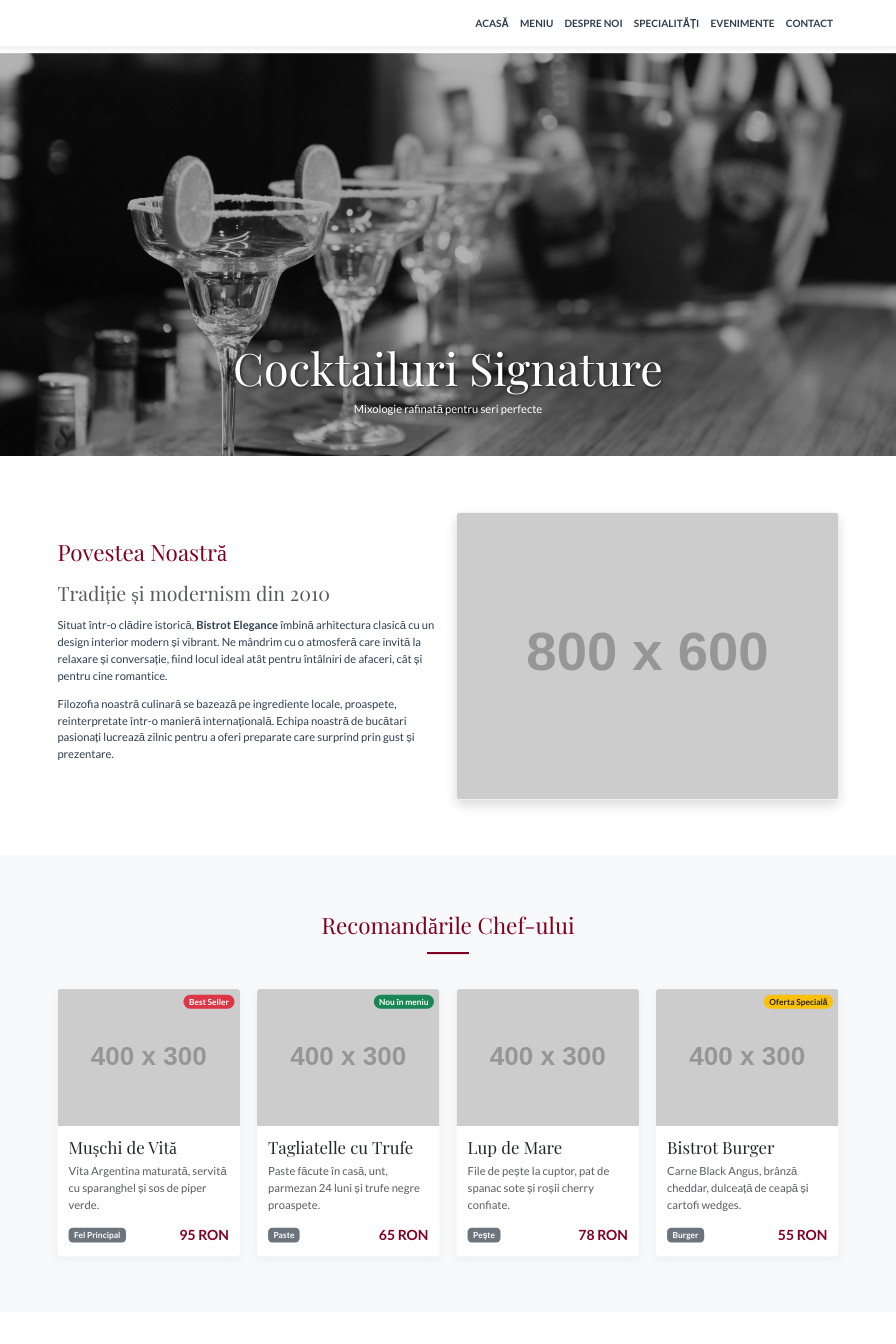
Repository: 912-Comsa-Teodora/bistrot-restaurant
Page: restaurant/index.html
The author's editor kept a copy of each file at every save. The page is drawn from the files as they stood at one save, then again after the next save.
The browser window is 1280 px wide. The pictures show the part of the page from y = 0 to 1920 px (the page is 3056 px tall), at 70% of full size.

Above is the page before, as saved 2026-01-04 21:29:07.

After the next save:
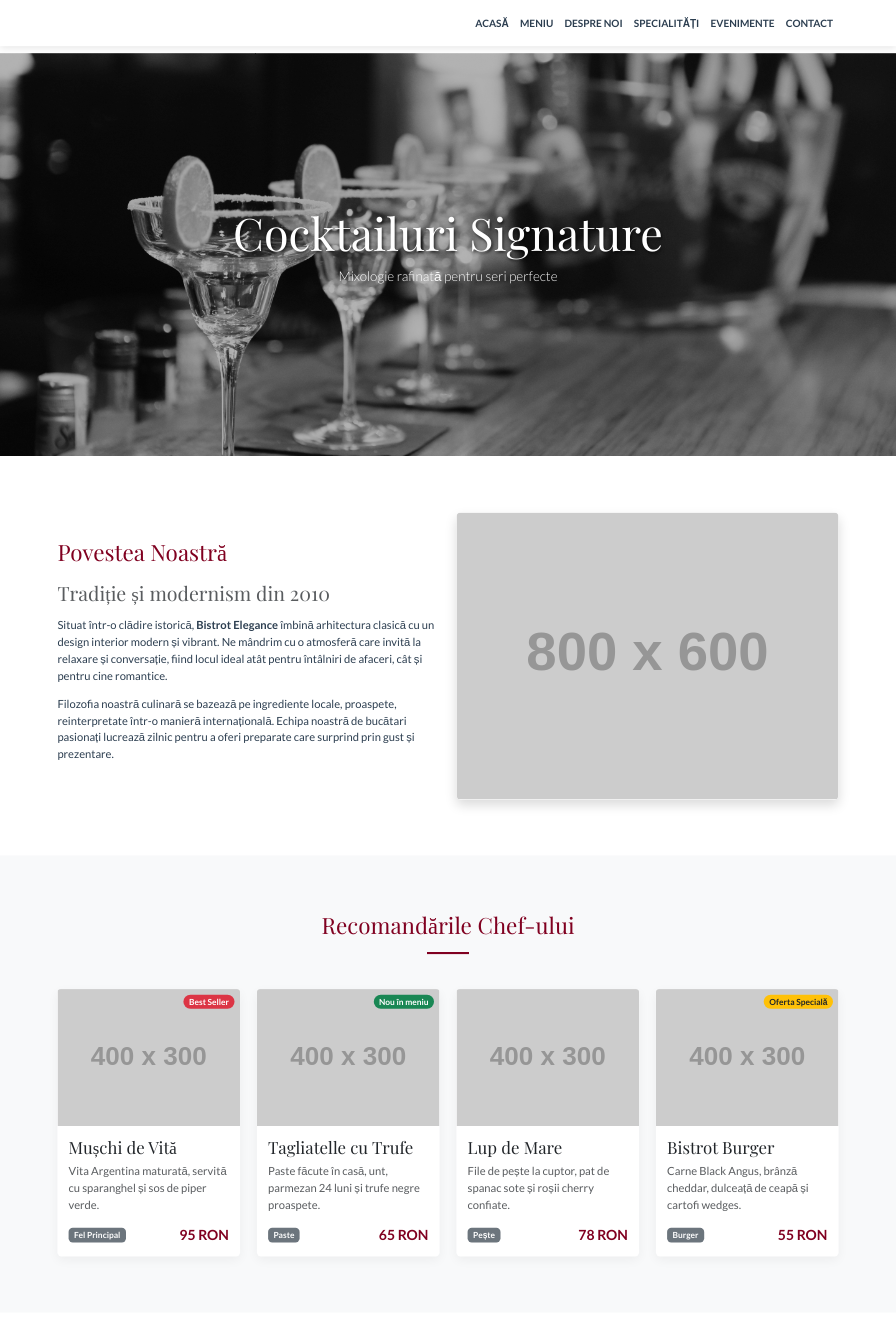
Saved 3 min 49 s later.
--- a/restaurant/index.html
+++ b/restaurant/index.html
@@ -58,6 +58,24 @@
             height: 80vh; /* Inaltimea caruselului */
             object-fit: cover;
             filter: brightness(0.7); /* Intunecam putin imaginile pentru contrast text */
+        }
+
+        .carousel-caption {
+            top: 50%; /* Pozitionam partea de sus a textului la mijlocul ecranului */
+            transform: translateY(-50%); /* Ridicam textul cu jumatate din inaltimea sa pentru centrare perfecta */
+            bottom: auto; /* Resetam pozitia implicita a Bootstrap-ului de jos */
+            /* Optional: ajustam latimea pentru a nu fi prea lat pe ecrane mari */
+            width: 70%;
+            left: 15%;
+        }
+
+        /* --- NEW --- Spatiere egala intre linii */
+        .carousel-caption p {
+            /* Resetam marginile implicite si setam o distanta uniforma */
+            margin-top: 0;
+            margin-bottom: 1.5rem;
+            font-size: 1.2rem; /* Am marit putin textul paragrafelor pentru lizibilitate */
+            font-weight: 300;
         }
 
         .carousel-caption h2 {
